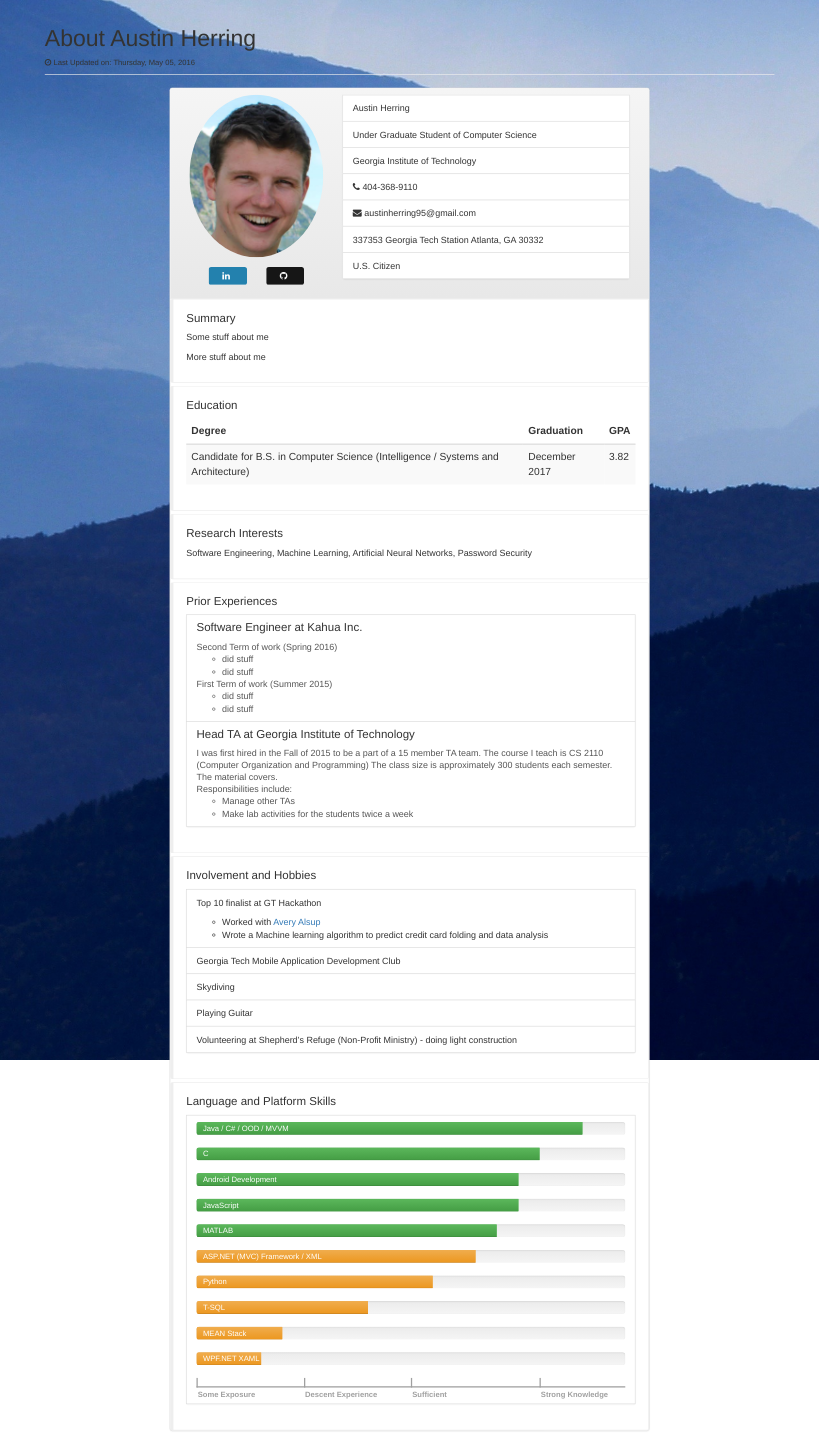
Repository: austinHerring/PersonalWebsite
Page: PersonalWebsite/WebContent/about.html
An editor plug-in stored every save of this project. The page is shown before and after the next save, followed by the edit.
The browser window is 1280 px wide. The pictures show the whole page, at 64% of full size.
Some web libraries are served in a nearby version.

Above is the page before, as saved 2016-06-12 22:37:56.

### PersonalWebsite/WebContent/about.html
<html>
<head>
	<meta charset="utf-8"/>
	<title>About - Austin</title>
	<link rel="stylesheet" href="css/bootstrap.min.css">
	<link rel="stylesheet" href="css/bootstrap-theme.min.css">
	<link rel="stylesheet" href="css/about.css">
</head>
<body>
	<div class="container" id="page-wrap">
		<div class="resume">
	    <header class="page-header">
		    <h1 class="page-title">About Austin Herring</h1>
		    <small> <i class="fa fa-clock-o"></i> Last Updated on: <time>Thursday, May 05, 2016</time></small>
		</header>
		<div class="row">
		  <div class="col-xs-12 col-sm-12 col-md-offset-1 col-md-10 col-lg-offset-2 col-lg-8">
		    <div class="panel panel-default">
		      <div class="panel-heading resume-heading">
		        <div class="row">
		          <div class="col-lg-12">
		            <div class="col-xs-12 col-sm-4">
		              <figure>
		                <img class="img-circle img-responsive" alt="Picture of Austin" src="images/austinEurope1.png">
		              </figure>
		                <div class="col-xs-12 social-btns">
		                    <div class="col-xs-3 col-md-1 col-lg-6 social-btn-holder">
		                      <a href="https://www.linkedin.com/in/austin-herring-810350a3?trk=nav_responsive_tab_profile" class="btn btn-social btn-block btn-linkedin">
		                        <i class="fa fa-linkedin"></i> </a>
		                    </div>
		                    <div class="col-xs-3 col-md-1 col-lg-6 social-btn-holder">
		                      <a href="https://github.com/austinHerring" class="btn btn-social btn-block btn-github">
		                        <i class="fa fa-github"></i> </a>
		                    </div>
		                </div>
		            </div>

		            <div class="col-xs-12 col-sm-8">
		              <ul class="list-group">
		                <li class="list-group-item">Austin Herring</li>
		                <li class="list-group-item">Under Graduate Student of Computer Science</li>
		                <li class="list-group-item">Georgia Institute of Technology</li>
		                <li class="list-group-item"><i class="fa fa-phone"></i> 404-368-9110 </li>
		                <li class="list-group-item"><i class="fa fa-envelope"></i> austinherring95@gmail.com</li>
		                <li class="list-group-item">337353 Georgia Tech Station Atlanta, GA 30332</li>
		                <li class="list-group-item">U.S. Citizen</li>
		              </ul>
		            </div>
		          </div>
		        </div>
		      </div>
		      <div class="bs-callout">
		        <h4>Summary</h4>
		        <p>
		        	Some stuff about me
		        </p>
		        <p>
		         	More stuff about me
		        </p>
		      </div>
		      <div class="bs-callout">
		        <h4>Education</h4>
		        <table class="table table-striped table-responsive ">
		          <thead>
		            <tr><th>Degree</th>
		            <th>Graduation</th>
		            <th>GPA</th>
		          </tr></thead>
		          <tbody>
		            <tr>
		              <td>Candidate for B.S. in Computer Science (Intelligence / Systems and Architecture)</td>
		              <td>December 2017</td>
		              <td>3.82</td>
		            </tr>
		          </tbody>
		        </table>
		      </div>
		      <div class="bs-callout">
		        <h4>Research Interests</h4>
		        <p>
		          Software Engineering, Machine Learning, Artificial Neural Networks, Password Security
		        </p>
		      </div>

		      <div class="bs-callout">
		        <h4>Prior Experiences</h4>
		        <ul class="list-group">
		          <a class="list-group-item active-link" href="https://www.kahua.com/">
		            <h4 class="list-group-item-heading">
		              Software Engineer at Kahua Inc.
		            </h4>
		            <p class="list-group-item-text">
			             Second Term of work (Spring 2016)
		             </p>
		             <ul>
		                <li>
		                     did stuff
		                </li>
		                <li>
				             did stuff
		                </li>
	                </ul>
	                <p class="list-group-item-text">
			             First Term of work (Summer 2015)
		             </p>
		             <ul>
		                <li>
		                     did stuff
		                </li>
		                <li>
				             did stuff
		                </li>
	                </ul>
		          </a>
		          <a class="list-group-item inactive-link" href="#">
		            <h4 class="list-group-item-heading">Head TA at Georgia Institute of Technology</h4>
		            <p class="list-group-item-text">
			             	I was first hired in the Fall of 2015 to be a part of a 15 member TA team. The course I teach is CS 2110 (Computer Organization and Programming)
			             The class size is approximately 300 students each semester. The material covers.<br/>
			             Responsibilities include:
		             </p>
		             <ul>
		                <li>
		                     Manage other TAs
		                </li>
		                <li>
				             Make lab activities for the students twice a week
		                </li>
	                </ul>
		          </a>
		        </ul>
		      </div>
		      <div class="bs-callout">
		        <h4>Involvement and Hobbies</h4>
		        <ul class="list-group">
		          <li class="list-group-item">
		          	<p>Top 10 finalist at GT Hackathon</p>
		          	<ul>
		          		<li>Worked with <a href="https://www.linkedin.com/in/terrence-alsup-8bb8508a?authType=name&authToken=7kiY&trk=contacts-contacts-list-contact_name-0">Avery Alsup</a></li>
		          		<li>Wrote a Machine learning algorithm to predict credit card folding and data analysis</li>
		          	</ul>
		          </li>
		          <li class="list-group-item"> Georgia Tech Mobile Application Development Club</li>
		          <li class="list-group-item"> Skydiving</li>
		          <li class="list-group-item"> Playing Guitar</li>
		          <li class="list-group-item"> Volunteering at Shepherd’s Refuge (Non-Profit Ministry) - doing light construction</li>
		        </ul>
		      </div>
		      <div class="bs-callout">
		        <h4>Language and Platform Skills</h4>
		        <ul class="list-group">
		          <a class="list-group-item inactive-link" href="#">
		            <div class="progress">
		              <div data-placement="top" style="width: 90%;"
		              aria-valuemax="100" aria-valuemin="0" aria-valuenow="80" role="progressbar" class="progress-bar progress-bar-success">
		                <span class="sr-only">80%</span>
		                <span class="progress-type">Java / C# / OOD / MVVM</span>
		              </div>
		            </div>
		            <div class="progress">
		              <div data-placement="top" style="width: 80%;" aria-valuemax="100" aria-valuemin="0" aria-valuenow="60" role="progressbar" class="progress-bar progress-bar-success">
		                <span class="sr-only">60%</span>
		                <span class="progress-type">C</span>
		              </div>
		            </div>
		            <div class="progress">
		              <div data-placement="top" style="width: 75%;" aria-valuemax="100" aria-valuemin="0" aria-valuenow="60" role="progressbar" class="progress-bar progress-bar-success">
		                <span class="sr-only">60%</span>
		                <span class="progress-type">Android Development</span>
		              </div>
		            </div>
		            <div class="progress">
		              <div data-placement="top" style="width: 75%;" aria-valuemax="100" aria-valuemin="0" aria-valuenow="1" role="progressbar" class="progress-bar progress-bar-success">
		                <span class="sr-only">70%</span>
		                <span class="progress-type">JavaScript</span>
		              </div>
		            </div>
		            <div class="progress">
		              <div data-placement="top" style="width: 70%;" aria-valuemax="100" aria-valuemin="0" aria-valuenow="60" role="progressbar" class="progress-bar progress-bar-success">
		                <span class="sr-only">60%</span>
		                <span class="progress-type">MATLAB</span>
		              </div>
		            </div>
		            <div class="progress">
		              <div data-placement="top" style="width: 65%;" aria-valuemax="100" aria-valuemin="0" aria-valuenow="50" role="progressbar" class="progress-bar progress-bar-warning">
		                <span class="sr-only">50%</span>
		                <span class="progress-type">ASP.NET (MVC) Framework / XML</span>
		              </div>
		            </div>
		            <div class="progress">
		              <div data-placement="top" style="width: 55%;" aria-valuemax="100" aria-valuemin="0" aria-valuenow="1" role="progressbar" class="progress-bar progress-bar-warning">
		                <span class="sr-only">65%</span>
		                <span class="progress-type">Python</span>
		              </div>
		            </div>
		            <div class="progress">
		              <div data-placement="top" style="width: 40%;" aria-valuemax="100" aria-valuemin="0" aria-valuenow="1" role="progressbar" class="progress-bar progress-bar-warning">
		                <span class="sr-only">70%</span>
		                <span class="progress-type">T-SQL</span>
		              </div>
		            </div>
		            <div class="progress">
		              <div data-placement="top" style="width: 20%;" aria-valuemax="100" aria-valuemin="0" aria-valuenow="1" role="progressbar" class="progress-bar progress-bar-warning">
		                <span class="sr-only">70%</span>
		                <span class="progress-type">MEAN Stack </span>
		              </div>
		            </div>
		            <div class="progress">
		              <div data-placement="top" style="width: 15%;" aria-valuemax="100" aria-valuemin="0" aria-valuenow="50" role="progressbar" class="progress-bar progress-bar-warning">
		                <span class="sr-only">10%</span>
		                <span class="progress-type">WPF.NET XAML</span>
		              </div>
		            </div>

		            <div class="progress-meter">
		              <div style="width: 25%;" class="meter meter-left"><span class="meter-text">Some Exposure</span></div>
		              <div style="width: 25%;" class="meter meter-left"><span class="meter-text">Descent Experience</span></div>
		              <div style="width: 30%;" class="meter meter-left"><span class="meter-text">Sufficient</span></div>
		              <div style="width: 20%;" class="meter meter-left"><span class="meter-text">Strong Knowledge</span></div>
		            </div>
		          </a>
		        </ul>
		      </div>
		    </div>

		  </div>
		</div>

		</div>
	</div>

	<div id="bg">
		<img src="images/background.jpg" alt="">
	</div>

	<script src="js/jquery.min.js"></script>
	<script src="js/bootstrap.min.js"></script>
</body>
</html>

### PersonalWebsite/WebContent/css/about.css
/* uses font awesome for social icons */
@import url(http://maxcdn.bootstrapcdn.com/font-awesome/4.2.0/css/font-awesome.min.css);

.page-header{
  text-align: left;
}

/*social buttons*/
.btn-social{
  color: white;
  opacity:0.9;
}
.btn-social:hover {
  color: white;
    opacity:1;
}
.btn-facebook {
background-color: #3b5998;
opacity:0.9;
}
.btn-twitter {
background-color: #00aced;
opacity:0.9;
}
.btn-linkedin {
background-color:#0e76a8;
opacity:0.9;
}
.btn-github{
  background-color:#000000;
  opacity:0.9;
}
.btn-google {
  background-color: #c32f10;
  opacity: 0.9;
}
.btn-stackoverflow{
  background-color: #D38B28;
  opacity: 0.9;
}

/* resume stuff */

.bs-callout {
    -moz-border-bottom-colors: none;
    -moz-border-left-colors: none;
    -moz-border-right-colors: none;
    -moz-border-top-colors: none;
    border-color: #eee;
    border-image: none;
    border-radius: 3px;
    border-style: solid;
    border-width: 1px 1px 1px 5px;
    margin-bottom: 5px;
    padding: 20px;
}
.bs-callout:last-child {
    margin-bottom: 0px;
}
.bs-callout h4 {
    margin-bottom: 10px;
    margin-top: 0;
}

.bs-callout-danger {
    border-left-color: #d9534f;
}

.bs-callout-danger h4{
    color: #d9534f;
}

.resume .list-group-item:first-child, .resume .list-group-item:last-child{
  border-radius:0;
}

/*makes an anchor inactive(not clickable)*/
.inactive-link {
   pointer-events: none;
   cursor: default;
}

.resume-heading .social-btns{
  margin-top:15px;
}
.resume-heading .social-btns i.fa{
  margin-left:-5px;
}



@media (max-width: 992px) {
  .resume-heading .social-btn-holder{
    padding:5px;
  }
}


#bg {
	position:fixed;
	top:-50%;
	left:-50%;
	width:100%;
	height:80%;
}

#bg img {
	position:absolute;
	top:0;
	left:0;
	right:0;
	bottom:0;
	margin:auto;
	min-width:50%;
	min-height:50%;
}

#page-wrap { position: relative; z-index: 2}


/* skill meter in resume. copy pasted from http://bootsnipp.com/snippets/featured/progress-bar-meter */

.progress-bar {
    text-align: left;
	white-space: nowrap;
	white-space: nowrap;
	overflow: hidden;
	text-overflow: ellipsis;
	cursor: pointer;
}

.progress-bar > .progress-type {
	padding-left: 10px;
}

.progress-meter {
	min-height: 15px;
	border-bottom: 2px solid rgb(160, 160, 160);
  margin-bottom: 15px;
}

.progress-meter > .meter {
	position: relative;
	float: left;
	min-height: 15px;
	border-width: 0px;
	border-style: solid;
	border-color: rgb(160, 160, 160);
}

.progress-meter > .meter-left {
	border-left-width: 2px;
}

.progress-meter > .meter-right {
	float: right;
	border-right-width: 2px;
}

.progress-meter > .meter-right:last-child {
	border-left-width: 2px;
}

.progress-meter > .meter > .meter-text {
	position: absolute;
	display: inline-block;
	bottom: -20px;
	width: 100%;
	font-weight: 700;
	font-size: 0.85em;
	color: rgb(160, 160, 160);
	text-align: left;
}

.progress-meter > .meter.meter-right > .meter-text {
	text-align: right;
}

Loaded but not shown: PersonalWebsite/WebContent/css/bootstrap.min.css (library); PersonalWebsite/WebContent/css/bootstrap-theme.min.css (library); PersonalWebsite/WebContent/js/jquery.min.js (library); PersonalWebsite/WebContent/js/bootstrap.min.js (library)

After the next save:
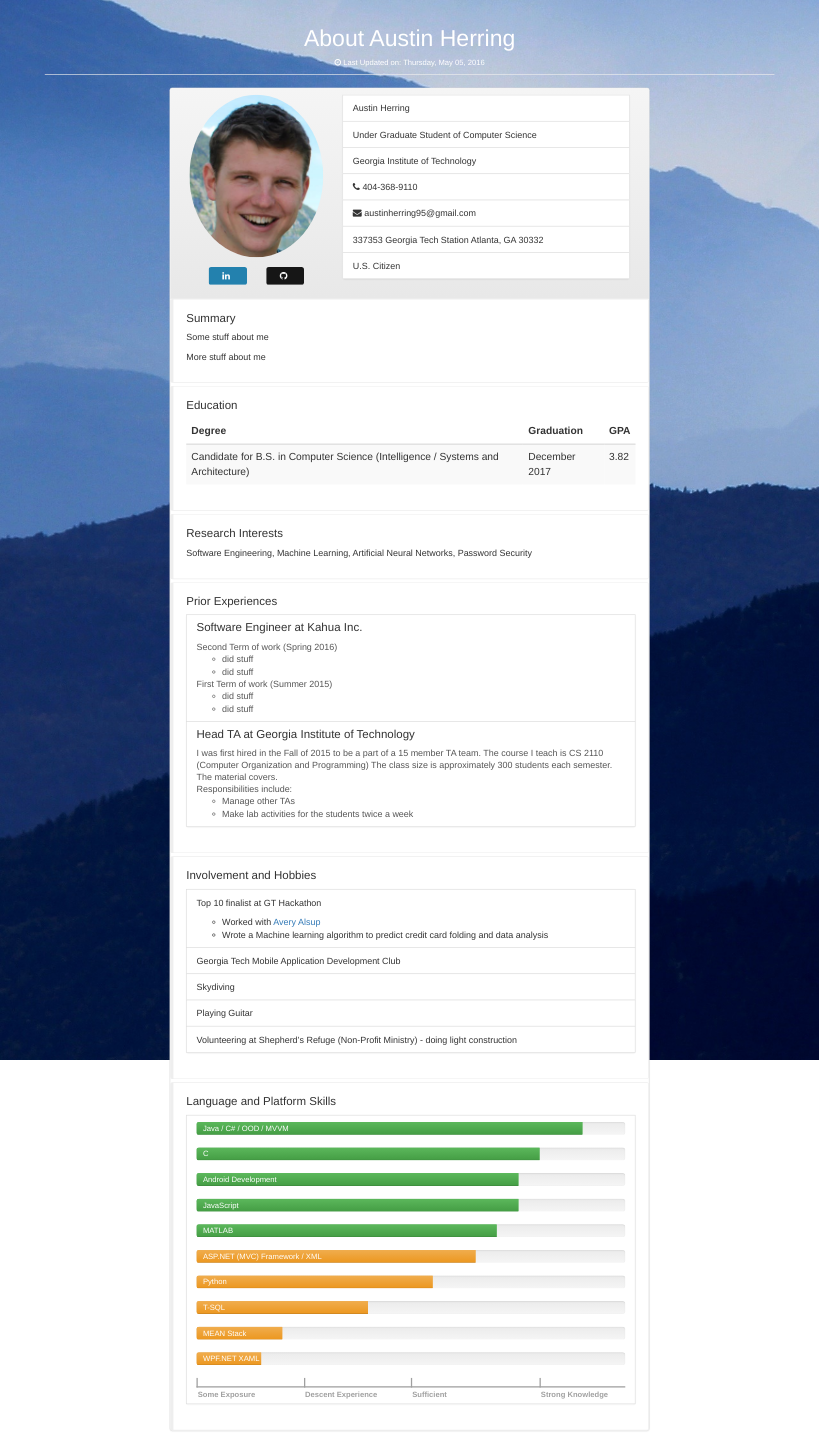
Saved 16 s later.
--- a/PersonalWebsite/WebContent/css/about.css
+++ b/PersonalWebsite/WebContent/css/about.css
@@ -2,7 +2,8 @@
 @import url(http://maxcdn.bootstrapcdn.com/font-awesome/4.2.0/css/font-awesome.min.css);
 
 .page-header{
-  text-align: left;
+  text-align: center;
+  color: white;
 }
 
 /*social buttons*/
